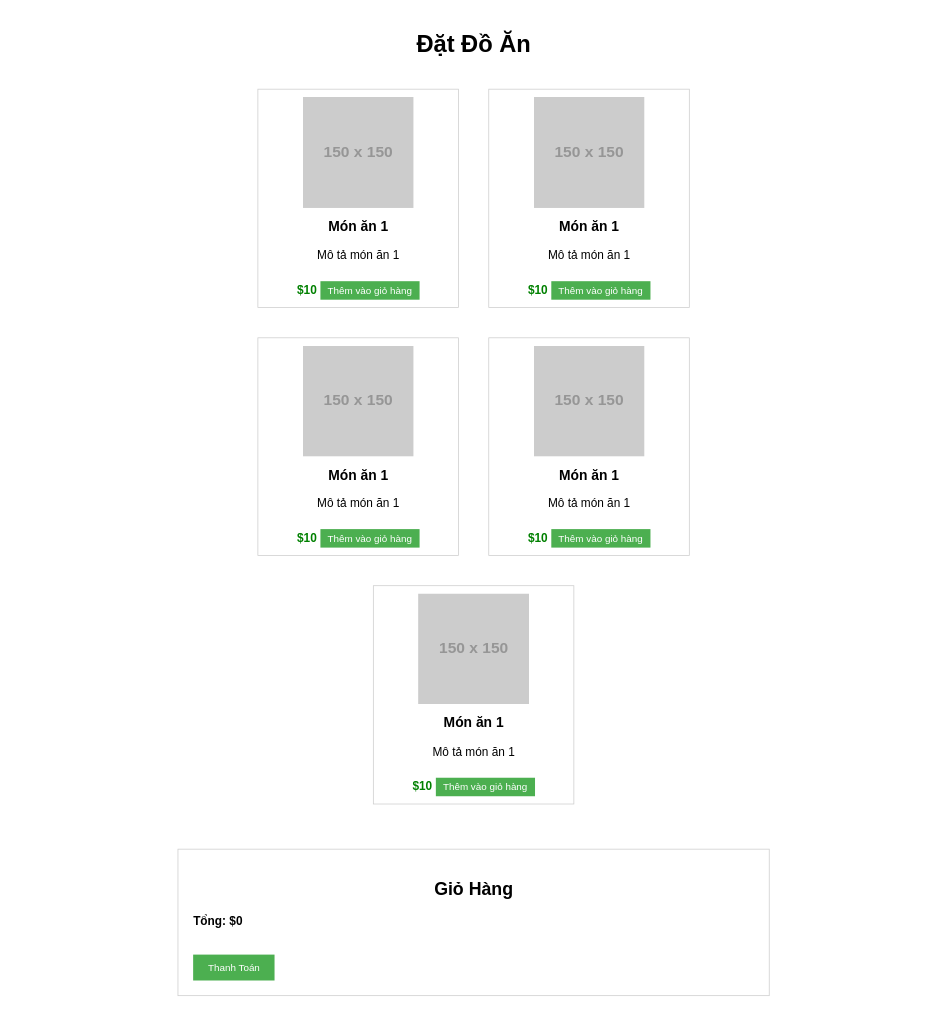
Repository: Tuananhdeptrai723/dientoandammay
Page: http://localhost/main/main.php
These files come from the project's save history. The page is drawn as it stood at one moment and after the next save; the edit follows.
The browser window is 1280 px wide. The pictures show the whole page, at 74% of full size.
The page is run by PHP 8.4 with error messages shown; the project is at /var/www/html/.

Above is the page before, as saved 2024-06-04 18:11:20.

After the next save:
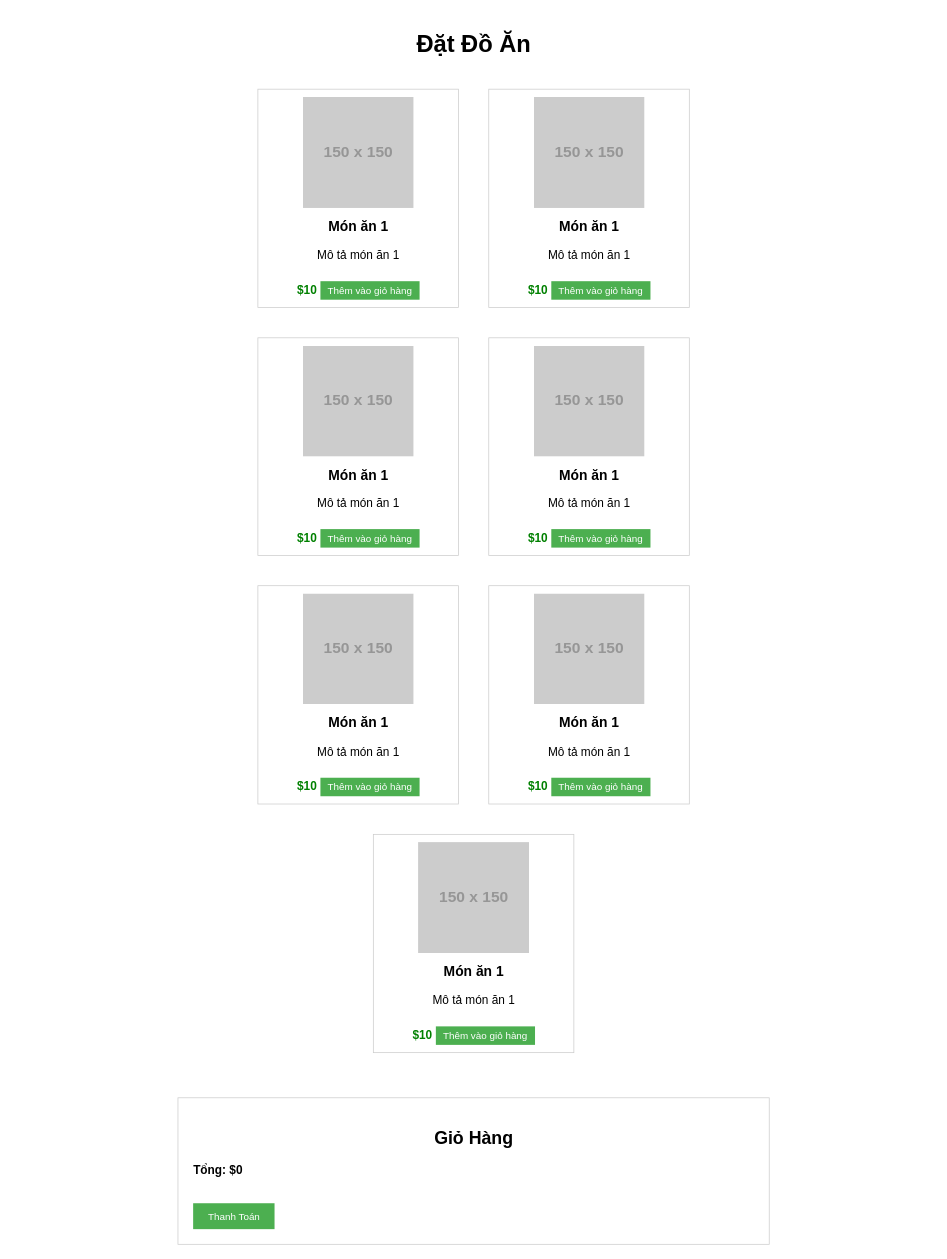
Saved 16 s later.
--- a/main/main.php
+++ b/main/main.php
@@ -49,6 +49,22 @@
         <span class="price">$10</span>
         <button class="add-to-cart">Thêm vào giỏ hàng</button>
       </div>
+
+      <div class="menu-item">
+        <img src="https://via.placeholder.com/150" alt="Món ăn 1">
+        <h3>Món ăn 1</h3>
+        <p>Mô tả món ăn 1</p>
+        <span class="price">$10</span>
+        <button class="add-to-cart">Thêm vào giỏ hàng</button>
+      </div>
+
+      <div class="menu-item">
+        <img src="https://via.placeholder.com/150" alt="Món ăn 1">
+        <h3>Món ăn 1</h3>
+        <p>Mô tả món ăn 1</p>
+        <span class="price">$10</span>
+        <button class="add-to-cart">Thêm vào giỏ hàng</button>
+      </div>
       <!-- Thêm các món ăn khác tương tự -->
     </div>
     <div class="cart">
